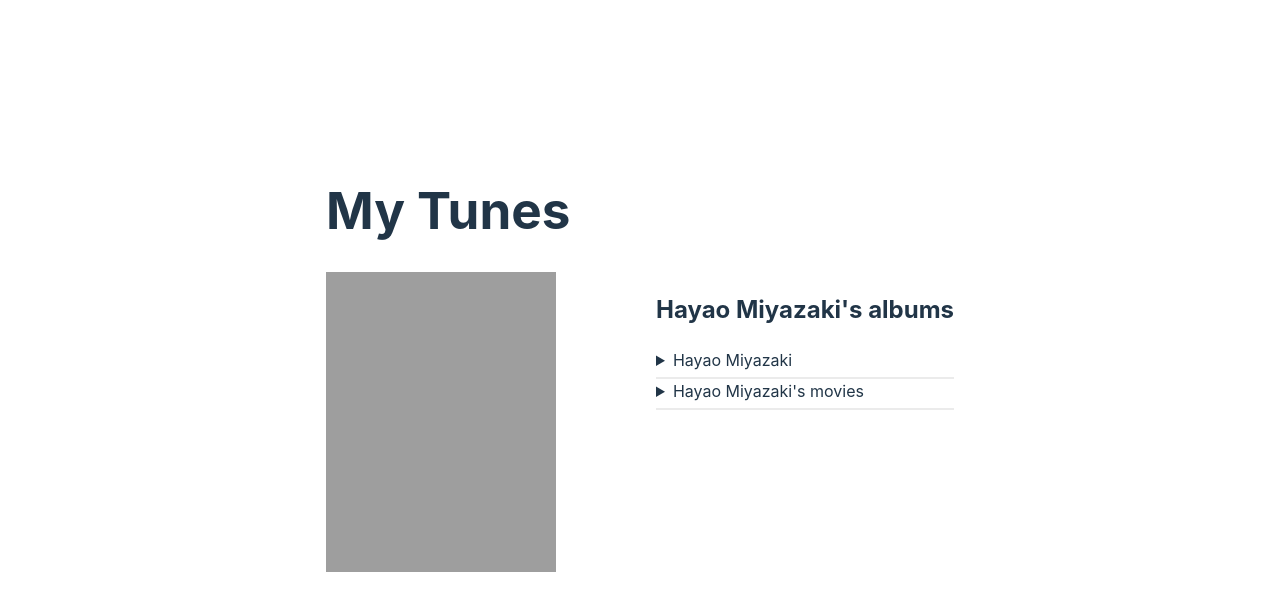
Repository: SamanthaYan298/my_app
Page: /
An editor plug-in stored every save of this project. The page is shown before and after the next save, followed by the edit.
The browser window is 1280 px wide. The pictures show the whole page.
Pictures or frames that could not be fetched are drawn as grey boxes. The project was rebuilt for these pictures with package versions that can differ from the ones it lists, and the page was loaded fresh each time. Also part of the build but not shown: vite.config.js.

Above is the page before, as saved 2024-09-13 13:23:38.

### src/App.jsx
import './App.css';

function App() {

  return (
    <>
      <div className='title'>
        <h1>My Tunes</h1>
        <div className="all">
        <div className='photo'>
          <img src="https://www.hollywoodreporter.com/wp-content/uploads/2013/09/hayao_miyazaki_-_h_-_2013.jpg?w=1024" alt="Hayao Miyazaki" height={300} width={230}/>
        </div>
        <div>
          <h2>Hayao Miyazaki's albums</h2>
          <details className='categories' onClick="changeColor">
            <summary>Hayao Miyazaki</summary>
            <ol>
              <li>Japanese animator</li>
              <li>Filmmaker</li>
              <li>Manga artist</li>
              <li>A founder of Studio Ghibli</li>
              <li>Oscar awards: 89 wins & 62 nominations</li>
            </ol>
          </details>
          <details className='categories'>
            <summary>Hayao Miyazaki's movies</summary>
            <ol>
              <li>Castle in the Sky</li>
              <li>Kiki's Delivery Service</li>
              <li>Howl's Moving Castle</li>
              <li>Princess Mononoke</li>
              <li>Spirited Away</li>
            </ol>
          </details>
        </div>
      </div>
      </div>
    </>
  )
}

export default App

### src/App.css
#root {
  margin: 0 auto;
  padding: 1rem;
  text-align: left;
}

.photo,
.all {
  display: flex;
  flex-direction: row;
  justify-content: space-between;
  gap: 100px;
}

.bio-container {
  display: flex;
  flex-direction: column;
}

.categories {
  border-bottom: 2px solid rgb(235, 235, 235);
  padding-bottom: 5px;
}

Loaded but not shown: index.html (common file); src/main.jsx (common file); src/index.css (common file)

After the next save:
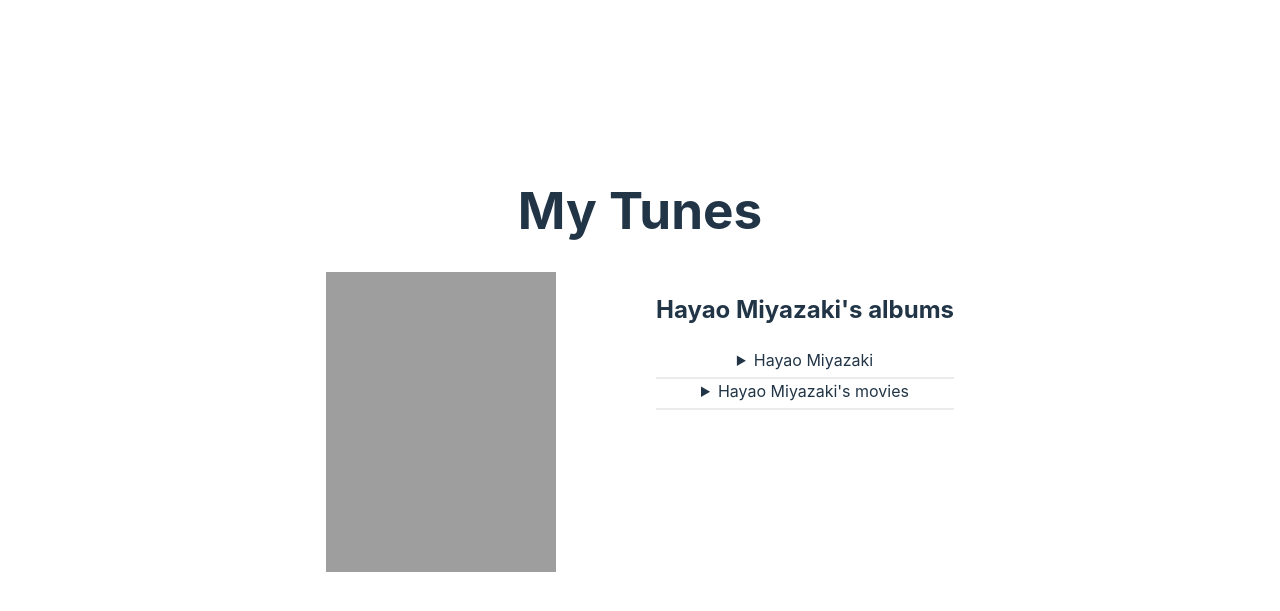
Saved 16 s later.
--- a/src/App.css
+++ b/src/App.css
@@ -12,9 +12,8 @@
   gap: 100px;
 }
 
-.bio-container {
-  display: flex;
-  flex-direction: column;
+.title {
+  text-align: center;
 }
 
 .categories {
